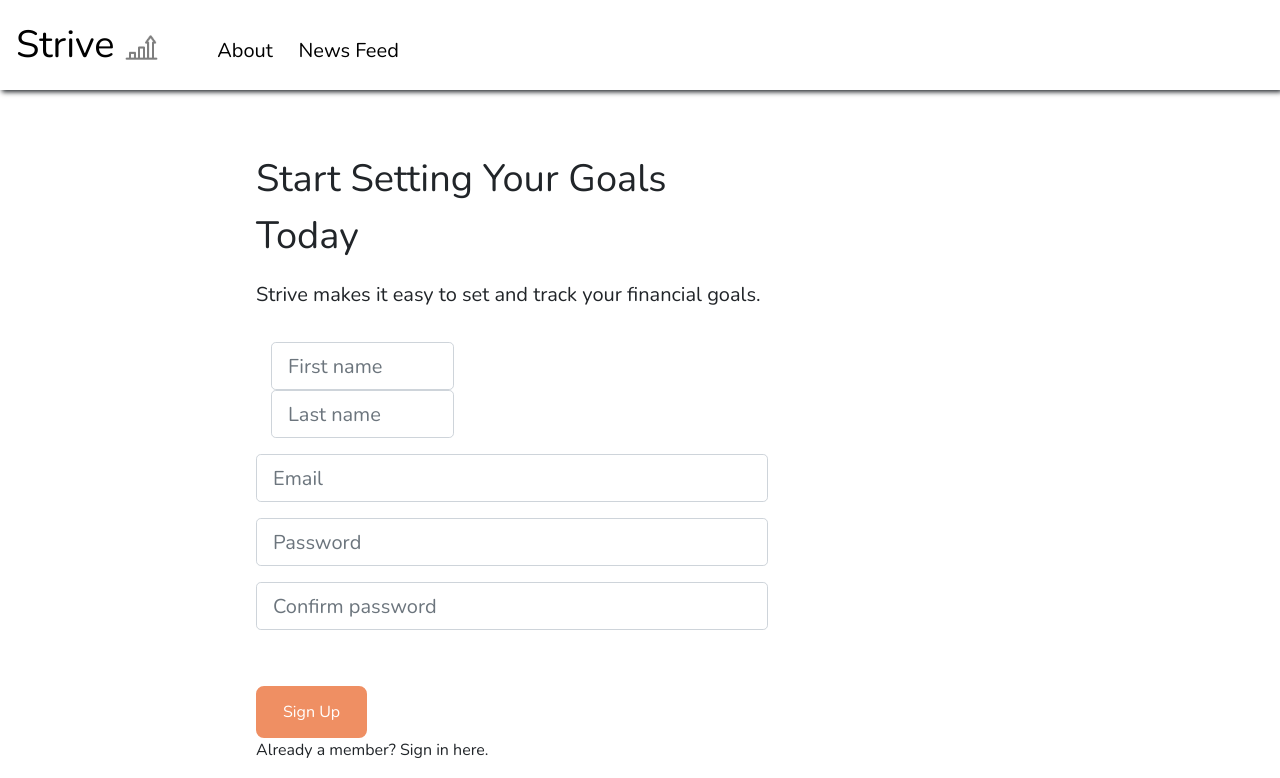
Repository: NoraOK/Strive
Page: http://localhost/strive/WEB-INF/strive/register.jsp
The author's editor kept a copy of each file at every save. The page is drawn from the files as they stood at one save, then again after the next save.
The browser window is 1280 px wide. The pictures show the whole page.
The page is served by Tomcat 9. Nobody is signed in. The template is opened directly, without the code that normally fills it, so the values that code supplies are empty.

Above is the page before, as saved 2019-12-18 20:15:38.

After the next save:
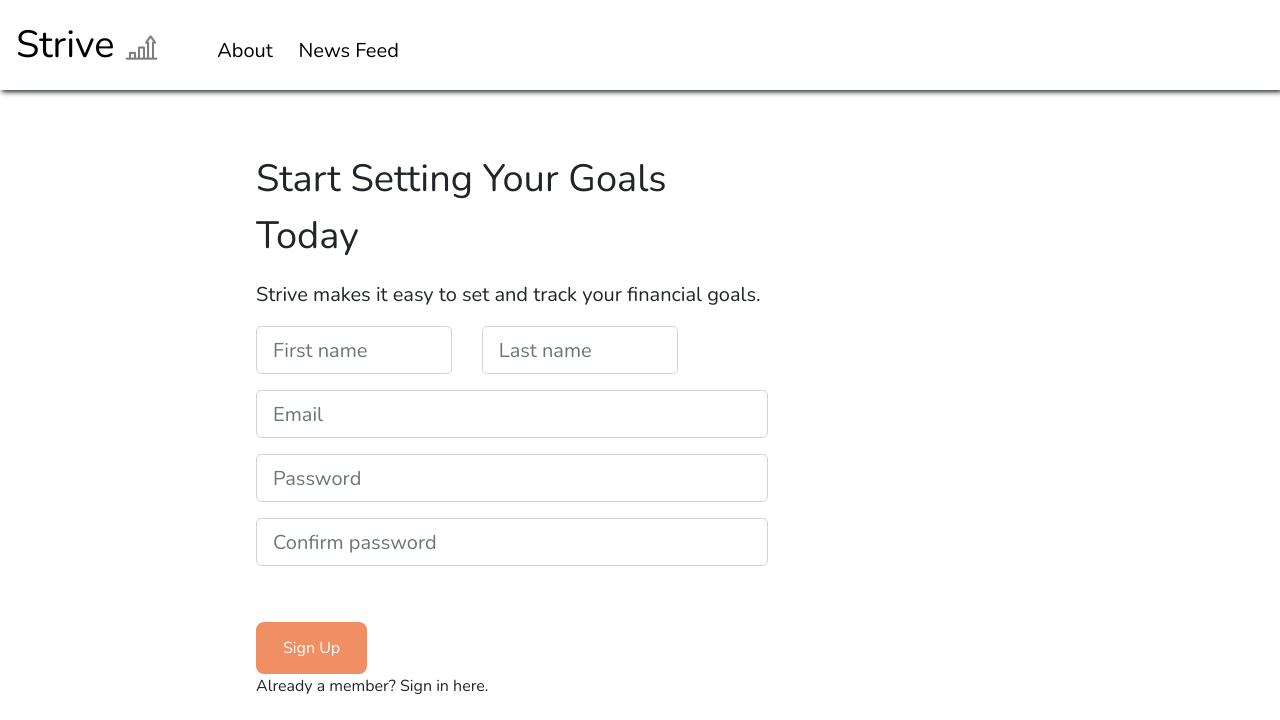
Saved 16 s later.
--- a/strive/src/main/webapp/WEB-INF/strive/register.jsp
+++ b/strive/src/main/webapp/WEB-INF/strive/register.jsp
@@ -19,7 +19,7 @@
 		<p class="about">Strive makes it easy to set and track your financial goals.</p>
 
     	<form:form method="POST" action="/registration" modelAttribute="user">
-    		<p class="row">
+    		<div class="row">
     			<div class="col-5">
 	            	<form:errors path="firstName"/>
 	            	<form:input path="firstName" class="form-control form-control-lg" placeholder="First name"/>
@@ -28,7 +28,7 @@
 		            <form:errors path="lastName"/>
 		            <form:input path="lastName" class="form-control form-control-lg" placeholder="Last name"/>
 	        	</div>
-	        </p>
+	        </div>
 	        <p>
 	            <p style="color:red;"><form:errors path="email"/></p>
 	            <form:input path="email" class="form-control form-control-lg" placeholder="Email"/>
